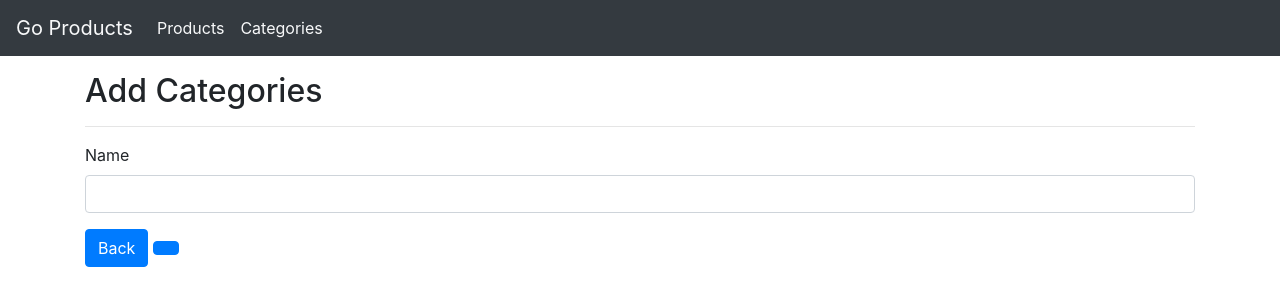
Repository: Nouthemoran/go-web-native-crud
Page: views/category/create.html
The author's editor kept a copy of each file at every save. The page is drawn from the files as they stood at one save, then again after a run of saves.
The browser window is 1280 px wide. The pictures show the whole page.

Above is the page before, as saved 2023-10-05 16:00:40.

### views/category/create.html
<!doctype html>
<html lang="en">
  <head>
    <!-- Required meta tags -->
    <meta charset="utf-8">
    <meta name="viewport" content="width=device-width, initial-scale=1, shrink-to-fit=no">

    <!-- Bootstrap CSS -->
    <link rel="stylesheet" href="https://cdn.jsdelivr.net/npm/bootstrap@4.3.1/dist/css/bootstrap.min.css" integrity="sha384-ggOyR0iXCbMQv3Xipma34MD+dH/1fQ784/j6cY/iJTQUOhcWr7x9JvoRxT2MZw1T" crossorigin="anonymous">

    <title>golang project</title>
  </head>
  <body>
    <!-- Navbar -->
    <nav class="navbar navbar-expand-lg bg-dark">
        <a class="navbar-brand text-light" href="#">Go Products</a>
        <button class="navbar-toggler" type="button" data-toggle="collapse" data-target="#navbarNav" aria-controls="navbarNav" aria-expanded="false" aria-label="Toggle navigation">
          <span class="navbar-toggler-icon"></span>
        </button>
        <div class="collapse navbar-collapse" id="navbarNav">
          <ul class="navbar-nav ms-auto">
            <li class="nav-item active">
              <a class="nav-link text-light" href="/products">Products<span class="sr-only">(current)</span></a>
            </li>
            <li class="nav-item">
              <a class="nav-link text-light" href="/categories">Categories</a>
            </li>
          </ul>
        </div>
      </nav>
    <!-- End of Navbar -->

    <div class="container mt-3">
        <h2>Add Categories</h2>
        <hr>

        <form action="/categories/create" method="POST">
            <div class="form-group">
                <label>Name</label>
                <input type="text" class="form-control" name="name" autocomplete="off">

              </div>
              <div class="float-end">
                <a href="/categories" class="btn btn-primary">Back</a>
                <button class="btn btn-primary"></button>
              </div>
        </form>
    </div>

    <!-- Optional JavaScript -->
    <!-- jQuery first, then Popper.js, then Bootstrap JS -->
    <script src="https://code.jquery.com/jquery-3.3.1.slim.min.js" integrity="sha384-q8i/X+965DzO0rT7abK41JStQIAqVgRVzpbzo5smXKp4YfRvH+8abtTE1Pi6jizo" crossorigin="anonymous"></script>
    <script src="https://cdn.jsdelivr.net/npm/popper.js@1.14.7/dist/umd/popper.min.js" integrity="sha384-UO2eT0CpHqdSJQ6hJty5KVphtPhzWj9WO1clHTMGa3JDZwrnQq4sF86dIHNDz0W1" crossorigin="anonymous"></script>
    <script src="https://cdn.jsdelivr.net/npm/bootstrap@4.3.1/dist/js/bootstrap.min.js" integrity="sha384-JjSmVgyd0p3pXB1rRibZUAYoIIy6OrQ6VrjIEaFf/nJGzIxFDsf4x0xIM+B07jRM" crossorigin="anonymous"></script>
  </body>
</html>

After the next 3 saves:
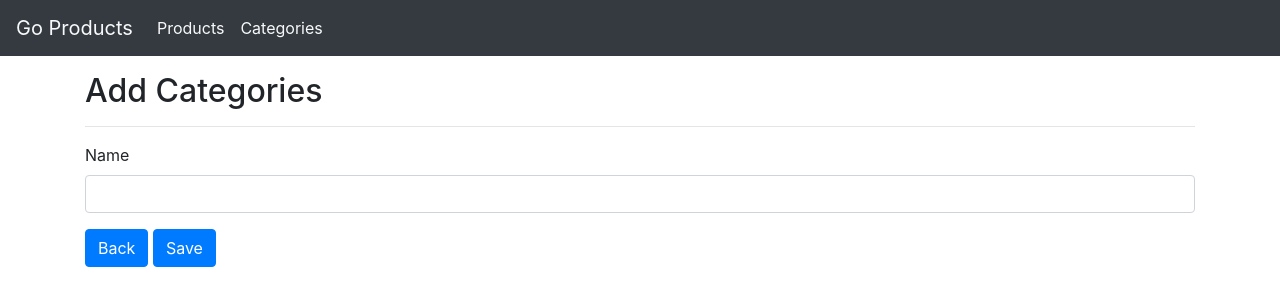
The 3 saves are shown as one change because they came seconds apart.
The last was saved 14 s later.
--- a/views/category/create.html
+++ b/views/category/create.html
@@ -42,7 +42,7 @@
               </div>
               <div class="float-end">
                 <a href="/categories" class="btn btn-primary">Back</a>
-                <button class="btn btn-primary"></button>
+                <button class="btn btn-primary">Save</button>
               </div>
         </form>
     </div>
